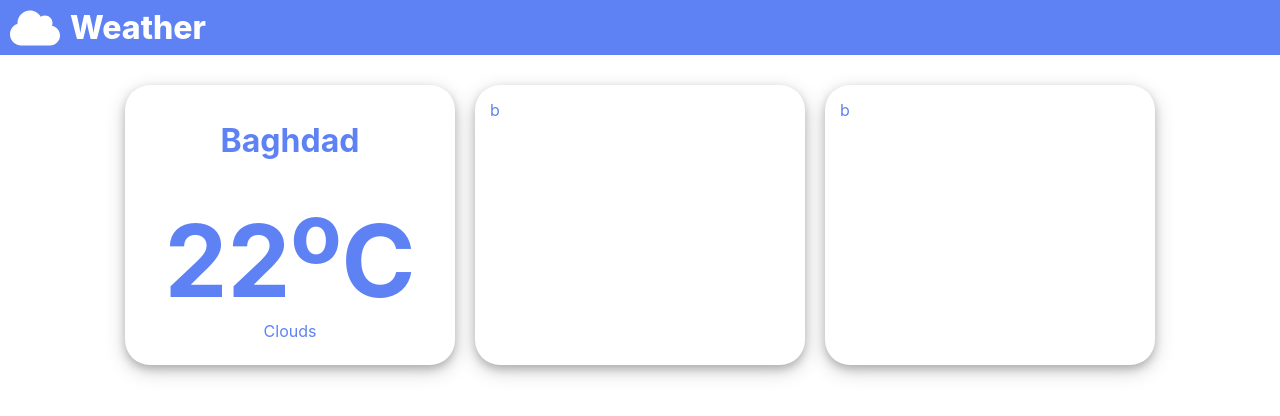
Repository: ahmedazawi/weather-app
Page: /
These files come from the project's save history. The page is drawn as it stood at one moment and after the next save; the edit follows.
The browser window is 1280 px wide. The pictures show the whole page.
The project was rebuilt for these pictures with package versions that can differ from the ones it lists, and the page was loaded fresh each time.

Above is the page before, as saved 2022-11-29 21:30:09.

### src/App.js
import "./App.css";
import Header from "./layout/Header";
import Details from "./components/Details";
function App() {
  return (
    <div className="App">
      <Header />
      <Details />
    </div>
  );
}

export default App;

### src/App.css
body {
  --primaryColor: #5e82f4;
  --borderRadius: 25px;
}

.nav {
  display: flex;
  align-items: center;
  height: 55px;
  background-color: var(--primaryColor);
}

### src/layout/Header.js
import React from "react";
import { FontAwesomeIcon } from "@fortawesome/react-fontawesome";
import { faCloud } from "@fortawesome/free-solid-svg-icons";
const Header = () => {
  return (
    <div className="nav">
      <div>
        <FontAwesomeIcon
          className="f-icon"
          icon={faCloud}
          color="White"
          style={{ marginLeft: "10px", fontSize: "40px" }}
        />
      </div>

      <h1 style={{ color: "white", marginLeft: "10px", fontWeight: "800" }}>
        Weather
      </h1>
    </div>
  );
};

export default Header;

### src/components/Details.js
import React from "react";
import "../assets/css/details.css";
const Details = () => {
  return (
    <div className="main">
      <div className="big-cards">
        <div>
          <h1>Baghdad</h1>
          <div
            style={{
              fontSize: "100px",
              fontWeight: "bold",
            }}
          >
            22<sup>o</sup>C
          </div>
          <div>Clouds</div>
        </div>
        <div>b</div>
        <div>b</div>
      </div>
    </div>
  );
};

export default Details;

### src/assets/css/details.css
.main {
  width: 100%;
  display: flex;
  flex-direction: column;
}

.big-cards {
  width: 100%;
  min-height: fit-content;
  display: flex;
  flex-direction: row;
  flex-wrap: wrap;
  gap: 20px;
  align-items: center;
  justify-content: center;
  margin-top: 30px;
  color: var(--primaryColor);
}
.big-cards > div {
  width: 300px;
  height: 250px;
  background-color: white;
  padding: 15px;
  border-radius: var(--borderRadius);
  box-shadow: 0 4px 8px 0 rgba(0, 0, 0, 0.2), 0 6px 20px 0 rgba(0, 0, 0, 0.19);
}
.big-cards > div:first-child {
  display: flex;
  flex-direction: column;
  align-items: center;
}

Loaded but not shown: public/index.html (common file); src/index.js (common file); src/index.css (common file)

After the next save:
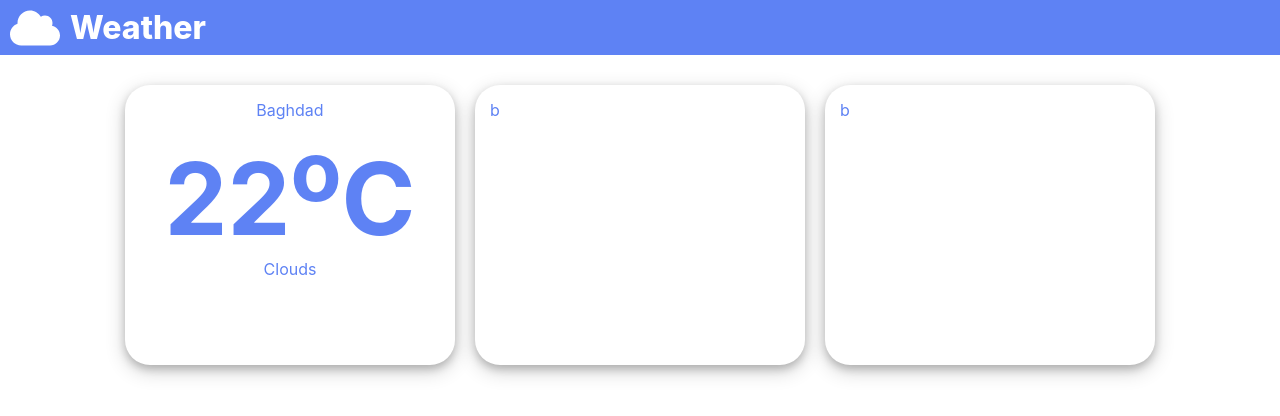
Saved 13 s later.
--- a/src/components/Details.js
+++ b/src/components/Details.js
@@ -5,7 +5,7 @@ const Details = () => {
     <div className="main">
       <div className="big-cards">
         <div>
-          <h1>Baghdad</h1>
+          <div>Baghdad</div>
           <div
             style={{
               fontSize: "100px",
